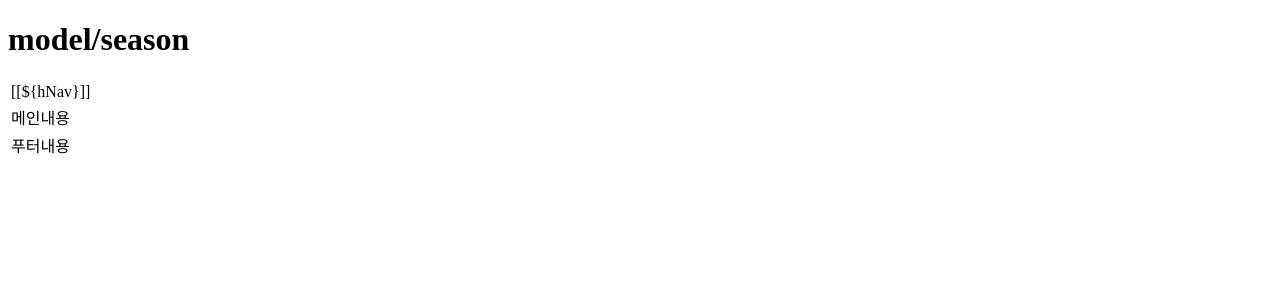
Repository: Yousehyeon/spring_work
Page: stsMvcProj/src/main/webapp/views/model/template.html
The author's editor kept a copy of each file at every save. The page is drawn from the files as they stood at one save, then again after the next save.
The browser window is 1280 px wide. The pictures show the whole page.

Above is the page before, as saved 2023-08-23 08:48:13.

### stsMvcProj/src/main/webapp/views/model/template.html
<!DOCTYPE html>
<html>
<head>
<meta charset="UTF-8">
<title>model/season</title>
</head>
<body>
<h1>model/season</h1>

<table>
	<tr>
		<td width="500px">[[${hNav}]]</td>
	</tr>
	<tr>
		<td>메인내용</td>
	</tr>
	<tr>
		<td>푸터내용</td>
	</tr>
</table>

</body>
</html>

After the next save:
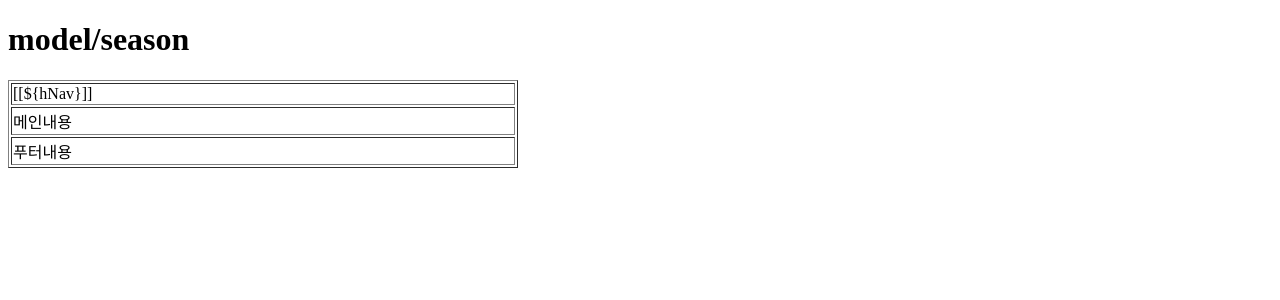
Saved 5 min 12 s later.
--- a/stsMvcProj/src/main/webapp/views/model/template.html
+++ b/stsMvcProj/src/main/webapp/views/model/template.html
@@ -7,7 +7,7 @@
 <body>
 <h1>model/season</h1>
 
-<table>
+<table border="">
 	<tr>
 		<td width="500px">[[${hNav}]]</td>
 	</tr>
